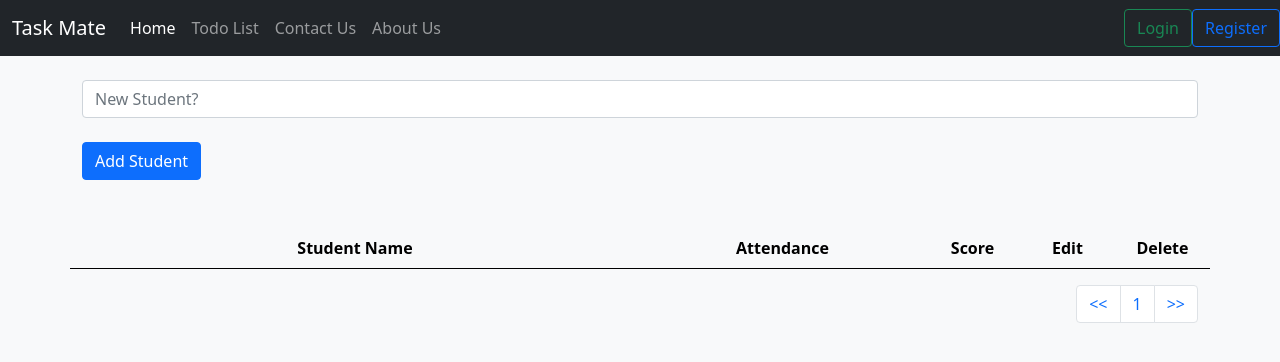
Repository: itathagata/Registration_System
Page: http://localhost/todolist/?pg=1
These files come from the project's save history. The page is drawn as it stood at one moment and after the next save; the edit follows.
The browser window is 1280 px wide. The pictures show the whole page.
The page is served by the project's application, run on Django 2.2 (manage.py). Queries for data that is not in the repository find no rows.

Above is the page before, as saved 2021-06-06 02:37:58.

After the next save:
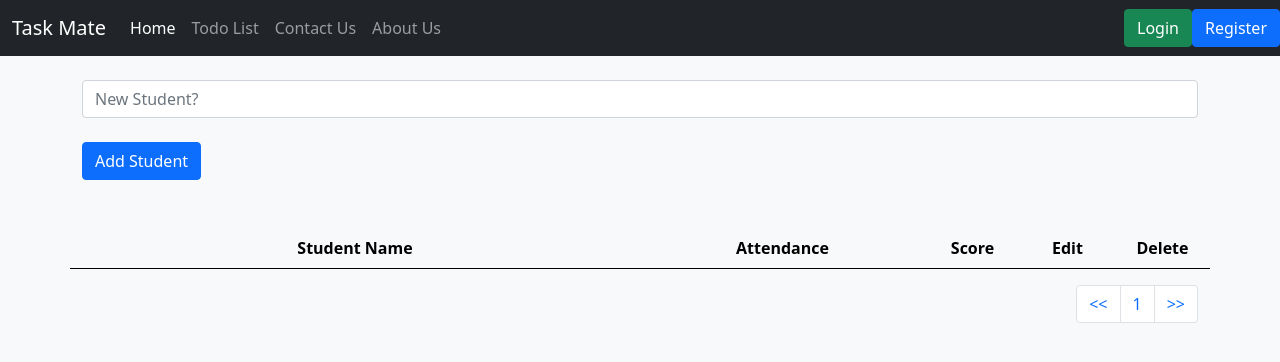
Saved 64 s later.
--- a/templates/base.html
+++ b/templates/base.html
@@ -36,10 +36,10 @@
     </div>
   {% else %}
     <a href="{% url 'login' %}">
-        <button class="btn btn-outline-success mr-5 my-2 my-sm-0" type="submit">Login</button>
+        <button class="btn btn-success mr-2 my-2 my-sm-0" type="submit">Login</button>
       </a>
       <a href="{% url 'register' %}">
-        <button class="btn btn-outline-primary ml-2 my-2 my-sm-0" type="submit">Register</button>
+        <button class="btn btn-primary my-2 my-sm-0" type="submit">Register</button>
       </a>
   {% endif %}
 </nav>
